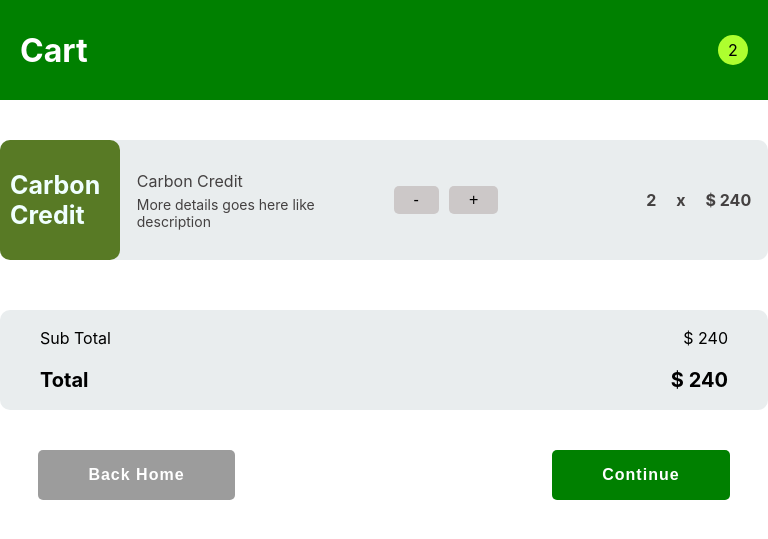
Repository: Yowani24/CarbonApp
Page: /cart
These files come from the project's save history. The page is drawn as it stood at one moment and after the next save; the edit follows.
The browser window is 768 px wide. The pictures show the whole page.
The project was rebuilt for these pictures with package versions that can differ from the ones it lists, and the page was loaded fresh each time. The framework's server and built-in components were replaced by stand-ins that run in the browser. Also part of the build but not shown: next.config.js.

Above is the page before, as saved 2021-09-26 22:51:07.

After the next save:
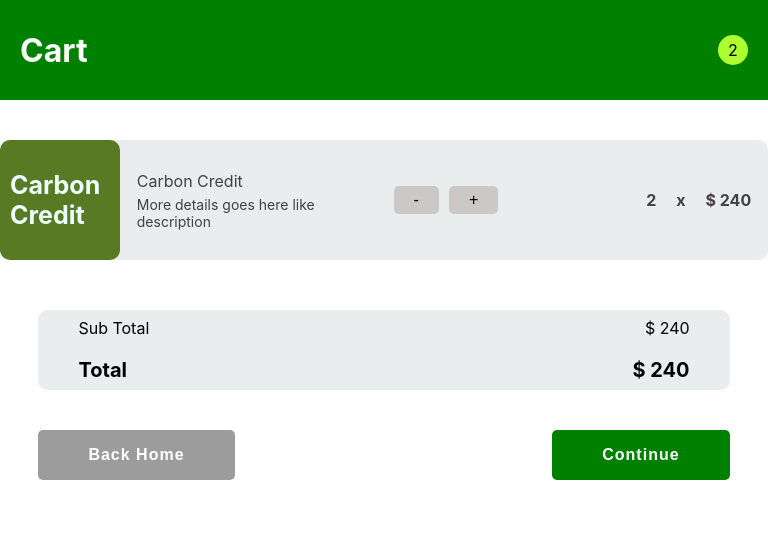
Saved 62 s later.
--- a/pages/cart/Cart.module.css
+++ b/pages/cart/Cart.module.css
@@ -186,7 +186,14 @@
         font-size: 16px;
     }
 }
-
+@media (max-width: 780px){
+    .total_to_pay_box{
+        height: 80px;
+        width: 90%;
+        margin: 0 auto;
+        margin-top: 50px;
+    }
+}
 
 
 /* ===================================== */
